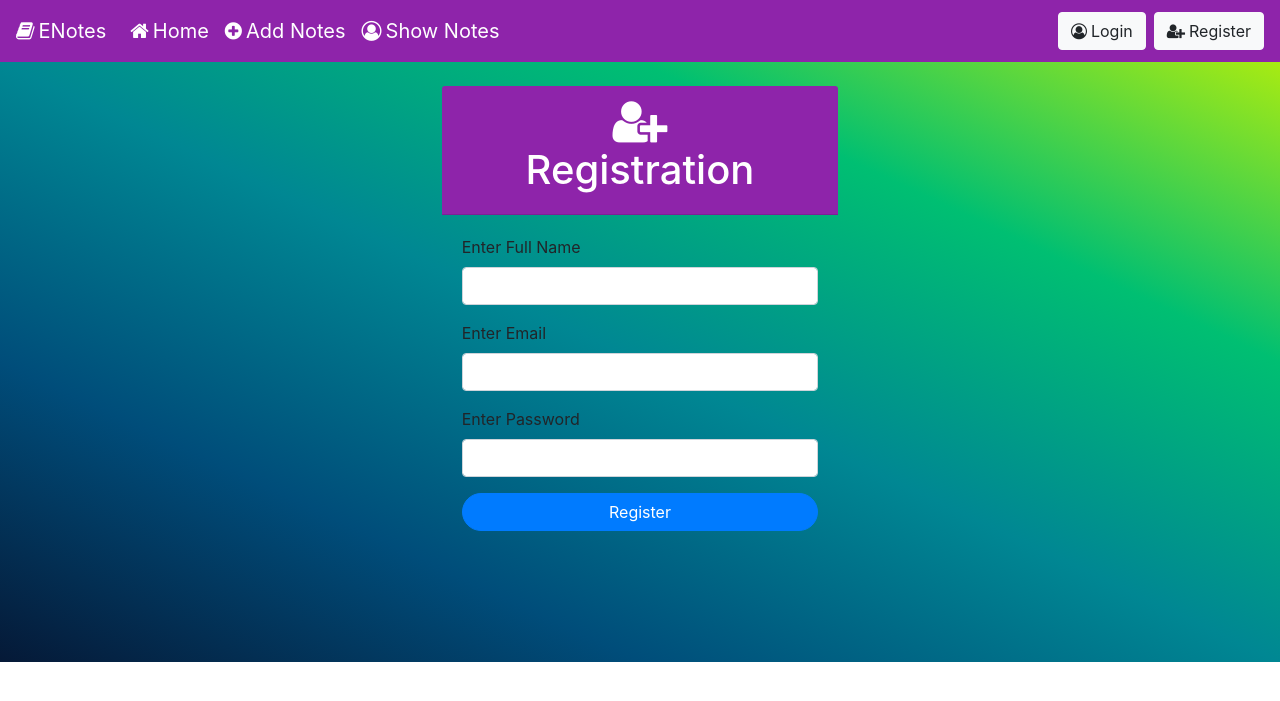
Repository: Bansal140899/eclipse-workspace
Page: http://localhost/ENotesProject/register.jsp
The author's editor kept a copy of each file at every save. The page is drawn from the files as they stood at one save, then again after the next save.
The browser window is 1280 px wide. The pictures show the whole page.
The page is served by Tomcat 9.

Above is the page before, as saved 2025-12-21 22:34:41.

After the next save:
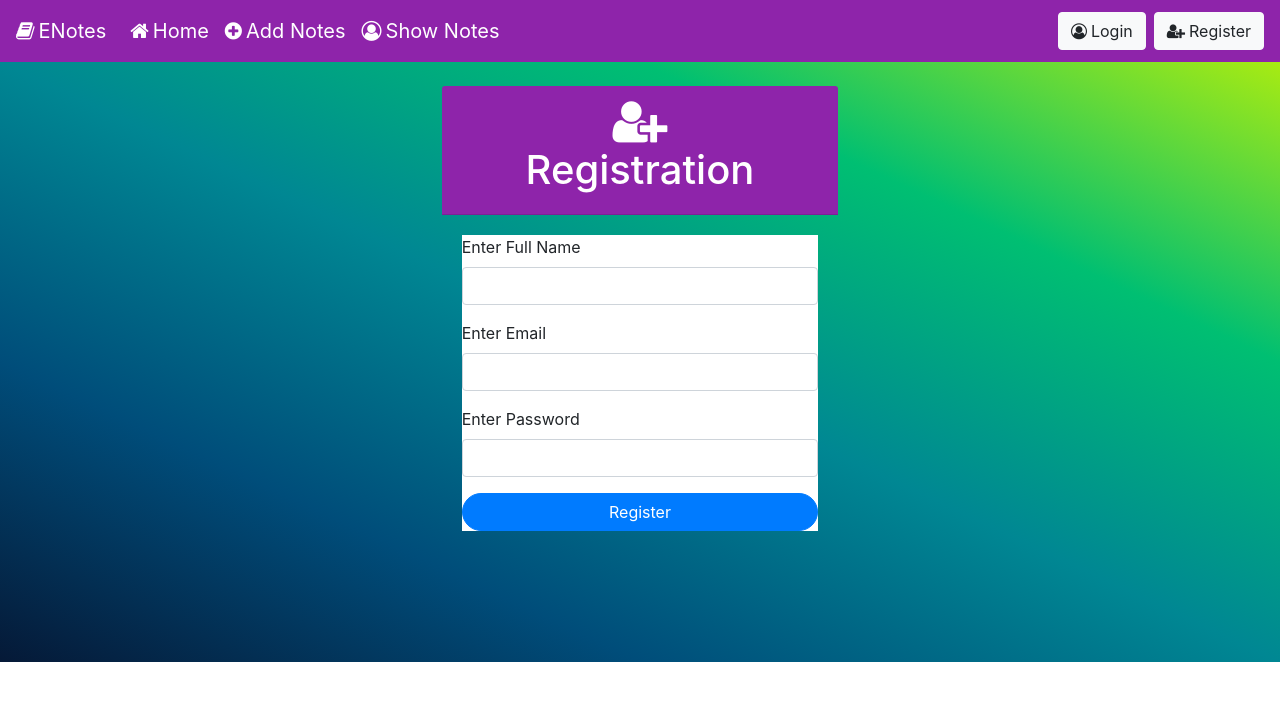
Saved 115 s later.
--- a/ENotesProject/src/main/webapp/css/style.css
+++ b/ENotesProject/src/main/webapp/css/style.css
@@ -17,6 +17,6 @@
 	background-image: linear-gradient(to right top, #051937, #004d7a, #008793, #00bf72, #a8eb12);
 
 }
-.bgg-div{
+.bgg-custom{
 	background-color:white;
 }
